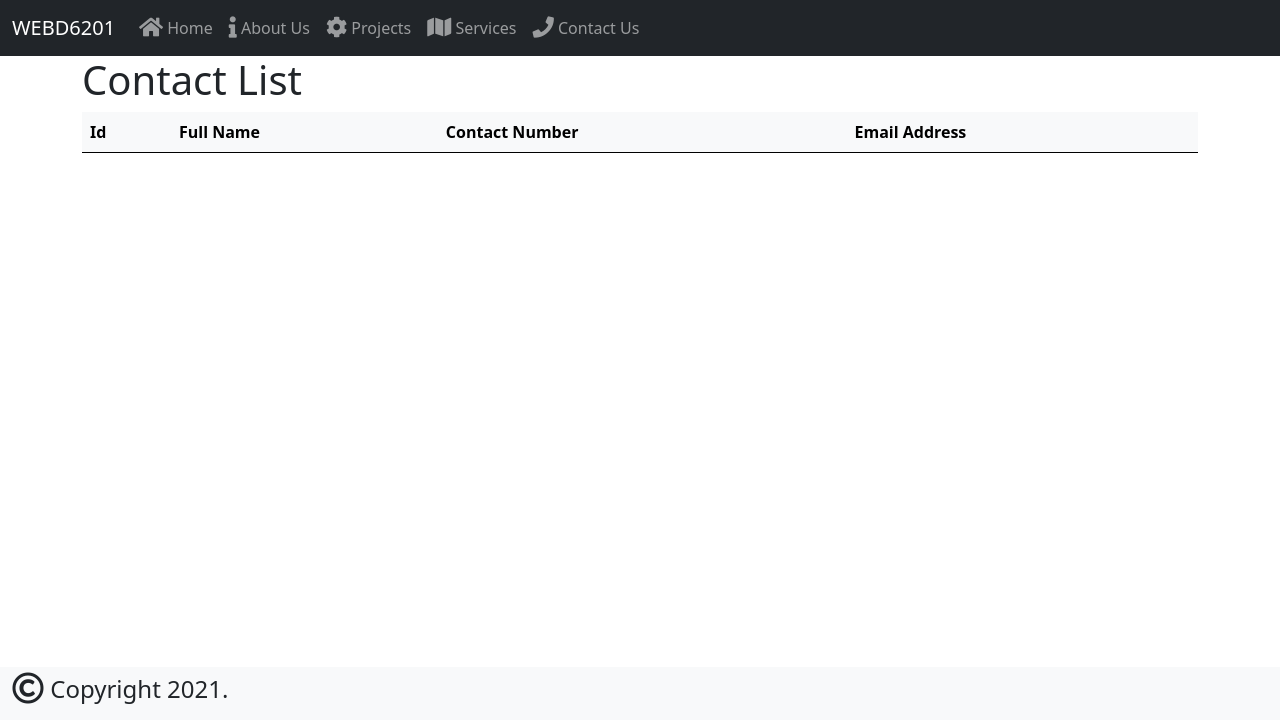
Repository: CKM206/WEBD6201-W2021-ICE2
Page: contact-list.html
The author's editor kept a copy of each file at every save. The page is drawn from the files as they stood at one save, then again after the next save.
The browser window is 1280 px wide. The pictures show the whole page.

Above is the page before, as saved 2021-01-28 10:01:03.

After the next save:
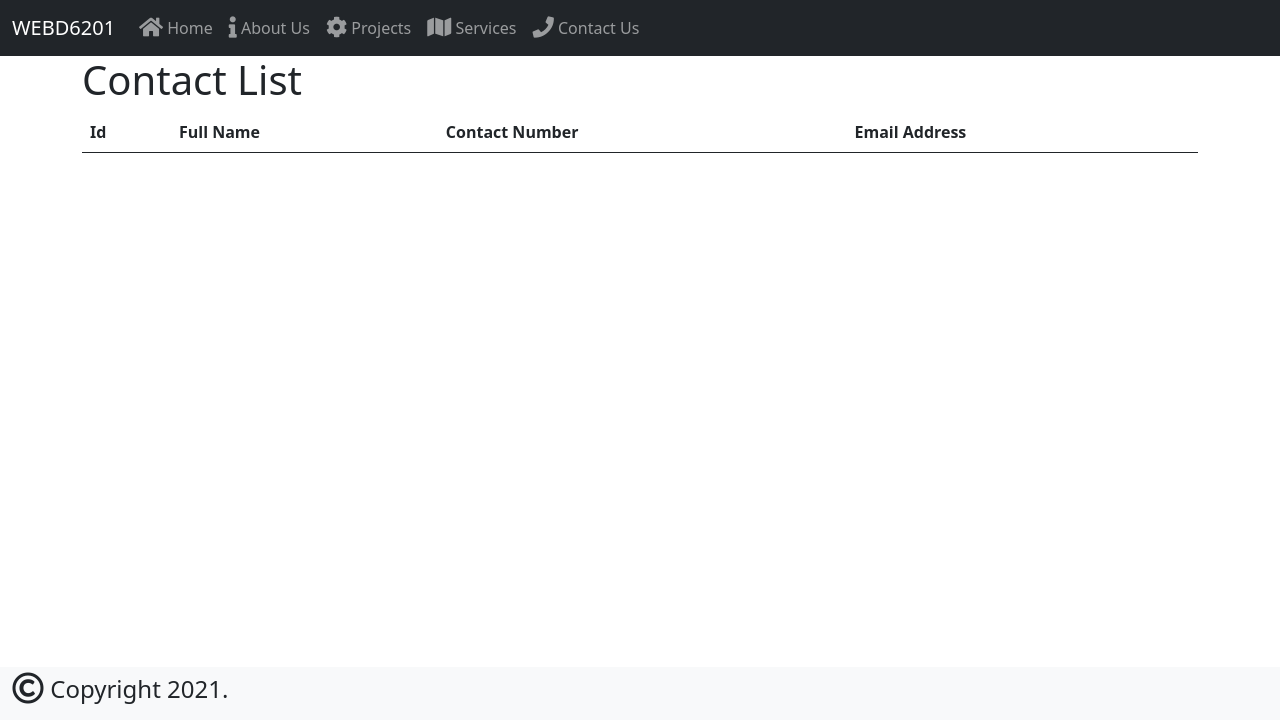
Saved 9 s later.
--- a/contact-list.html
+++ b/contact-list.html
@@ -50,7 +50,7 @@
     <main class="container">
         <h1>Contact List</h1>
         <table class="table table-striped table-hover">
-            <thead class="table table-light">
+            <thead class="">
               <tr>
                 <th scope="col">Id</th>
                 <th scope="col">Full Name</th>
